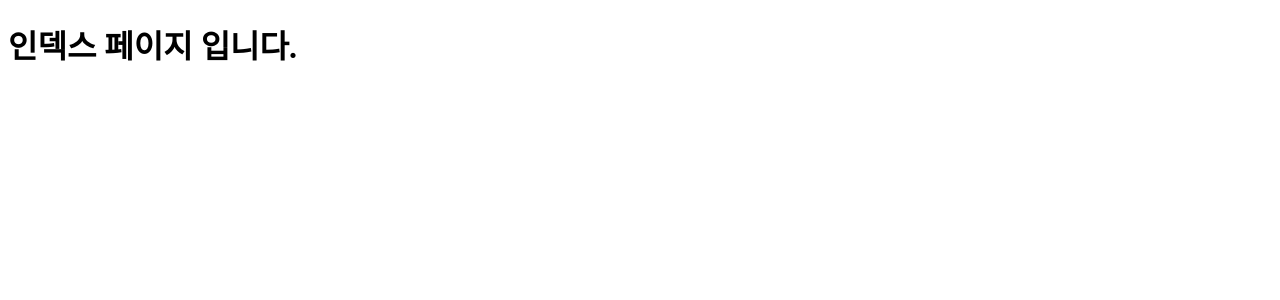
Repository: smj1219/servlet_study
Page: Step01_Servlet/src/main/webapp/index.html
The author's editor kept a copy of each file at every save. The page is drawn from the files as they stood at one save, then again after the next save.
The browser window is 1280 px wide. The pictures show the whole page.

Above is the page before, as saved 2024-06-04 06:01:55.

After the next save:
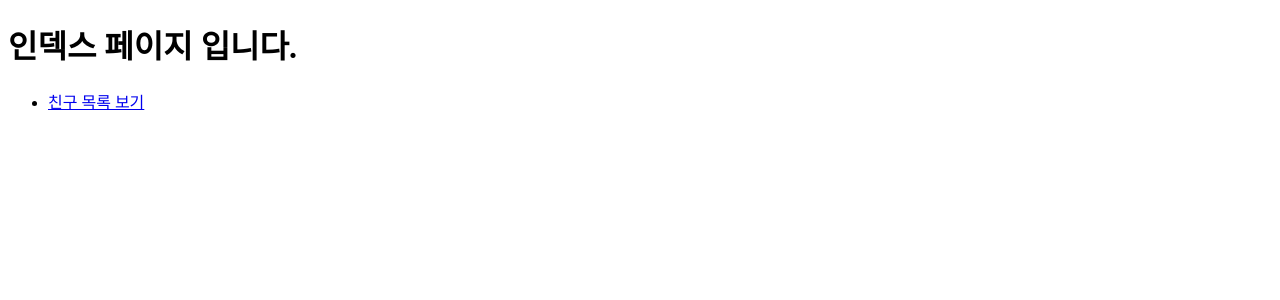
Saved 3 min 28 s later.
--- a/Step01_Servlet/src/main/webapp/index.html
+++ b/Step01_Servlet/src/main/webapp/index.html
@@ -7,7 +7,9 @@
 <body>
 	<div class="container">
 		<h1>인덱스 페이지 입니다.</h1>
-
+		<ul>
+			<li><a href="friend/list">친구 목록 보기</a></li>
+		</ul>
 	</div>
 
 </body>
